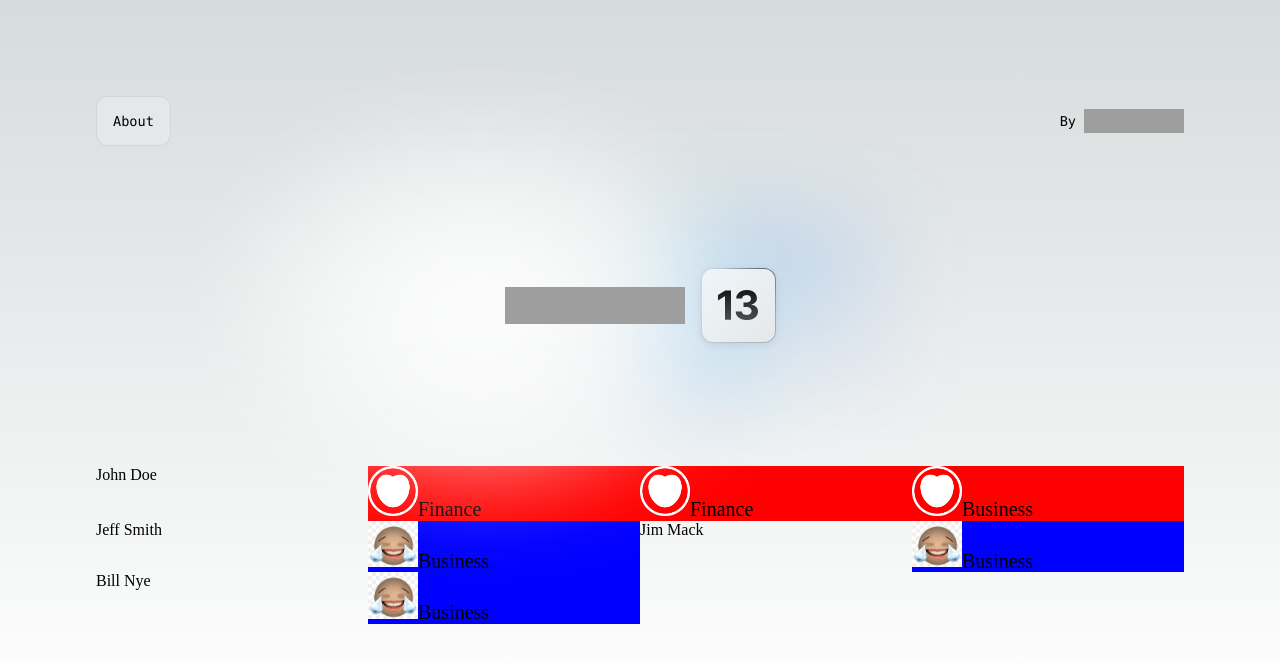
Repository: karthur1/class-example-3
Page: /
The author's editor kept a copy of each file at every save. The page is drawn from the files as they stood at one save, then again after the next save.
The browser window is 1280 px wide. The pictures show the whole page.
Pictures or frames that could not be fetched are drawn as grey boxes. The project was rebuilt for these pictures with package versions that can differ from the ones it lists, and the page was loaded fresh each time. The framework's server and built-in components were replaced by stand-ins that run in the browser. Also part of the build but not shown: next.config.js.

Above is the page before, as saved 2023-01-20 23:43:06.

After the next save:
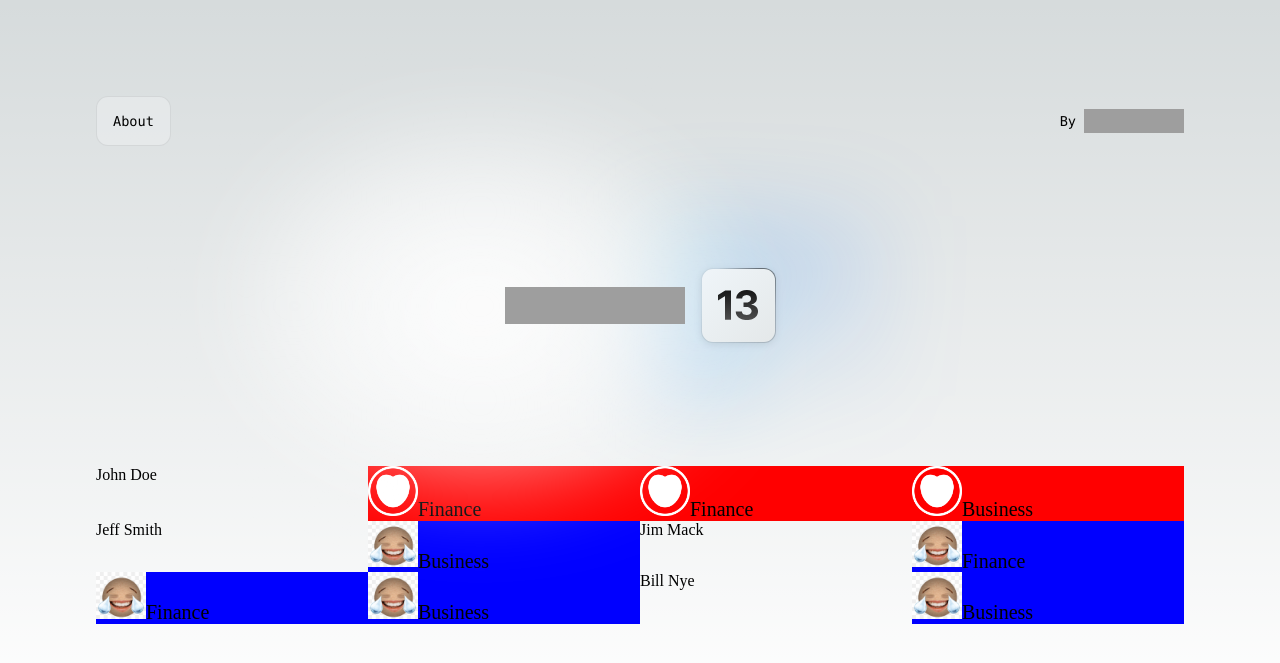
Saved 66 s later.
--- a/pages/index.js
+++ b/pages/index.js
@@ -89,7 +89,7 @@
         })}
                     <div>Jim Mack</div>
           {information && information.map((info, index) => {
-            if(info.department === "Computing") {
+            if(info.department === "Business") {
 
              return(
               <Card key={index} degree={info.degree} colour="blue" font="20px"/>
